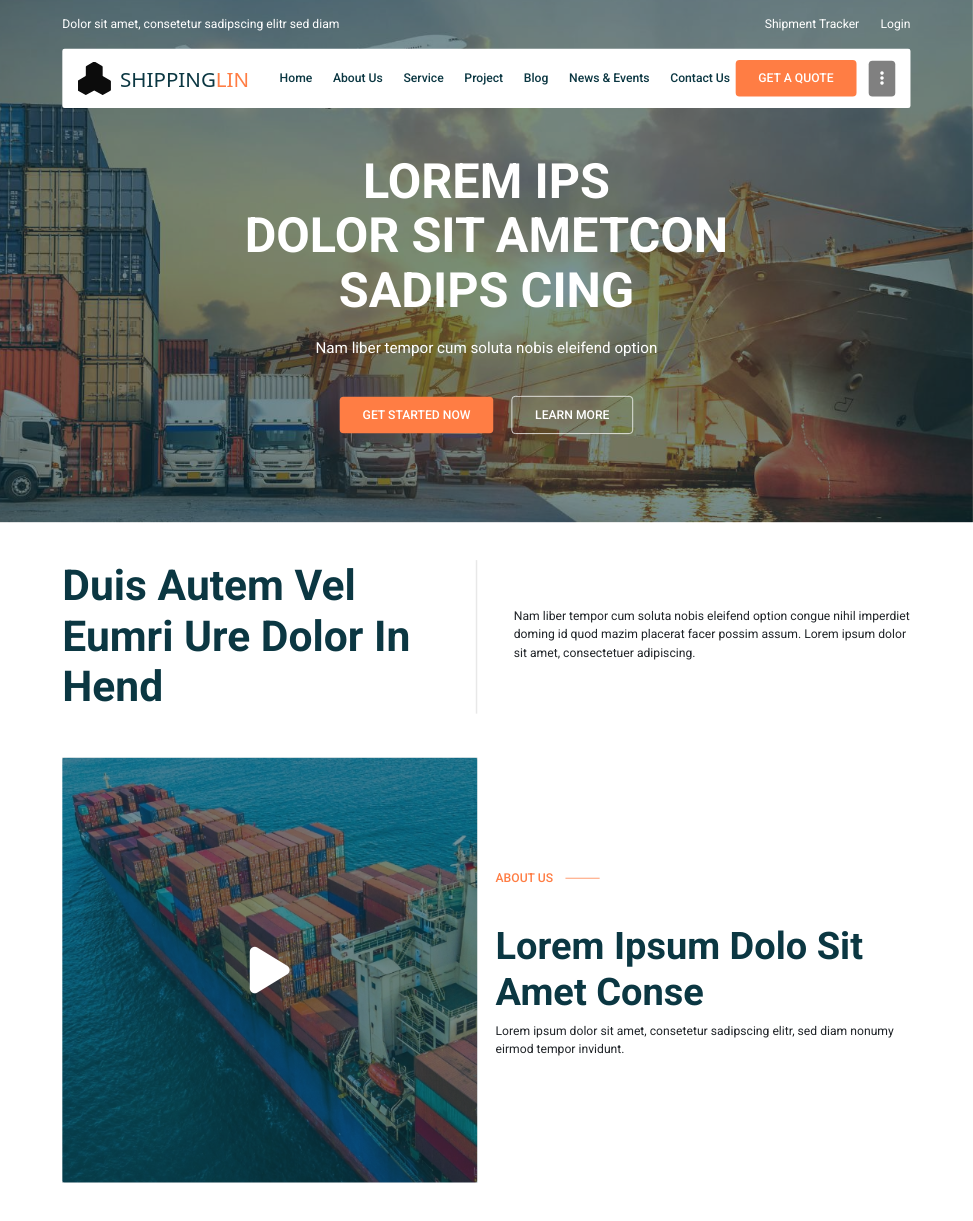
Repository: nazmulalok/shipping-template
Page: index.html
An editor plug-in stored every save of this project. The page is shown before and after the next save, followed by the edit.
The browser window is 1280 px wide. The pictures show the whole page, at 76% of full size.

Above is the page before, as saved 2022-10-03 23:15:48.

### index.html
<!DOCTYPE html>
<html lang="en">

    <head>
        <meta charset="UTF-8">
        <meta http-equiv="X-UA-Compatible" content="IE=edge">
        <meta name="viewport" content="width=device-width, initial-scale=1.0">
        <link rel="preconnect" href="https://fonts.googleapis.com">
        <link rel="preconnect" href="https://fonts.gstatic.com" crossorigin>
        <link
            href="https://fonts.googleapis.com/css2?family=Roboto:ital,wght@0,300;0,400;0,500;0,700;0,900;1,300;1,400;1,500;1,700;1,900&display=swap"
            rel="stylesheet">
        <link rel="stylesheet" href="https://cdnjs.cloudflare.com/ajax/libs/font-awesome/6.2.0/css/all.min.css"
            integrity="sha512-xh6O/CkQoPOWDdYTDqeRdPCVd1SpvCA9XXcUnZS2FmJNp1coAFzvtCN9BmamE+4aHK8yyUHUSCcJHgXloTyT2A=="
            crossorigin="anonymous" referrerpolicy="no-referrer" />
        <link href="https://cdn.jsdelivr.net/npm/bootstrap@5.2.1/dist/css/bootstrap.min.css" rel="stylesheet"
            integrity="sha384-iYQeCzEYFbKjA/T2uDLTpkwGzCiq6soy8tYaI1GyVh/UjpbCx/TYkiZhlZB6+fzT" crossorigin="anonymous">
        <link rel="stylesheet" href="style.css">
        <title>Document</title>
    </head>

    <body>
        <header class="header-top">
            <div class="container">
                <div class="top-bar">
                    <p class="m-0">Dolor sit amet, consetetur sadipscing elitr sed diam</p>
                    <div>
                        <span class="me-4">Shipment Tracker</span>
                        <span>Login</span>
                    </div>
                </div>
                <div class="header-area">
                    <div class="logo">
                        <img src="images/box.svg" alt="Logo Box" class="me-2">
                        <img src="images/shipping-logo.svg" alt="Shipping Logo">
                    </div>
                    <nav>
                        <ul>
                            <li><a href="#">Home</a></li>
                            <li><a href="#">About Us</a></li>
                            <li><a href="#">Service</a></li>
                            <li><a href="#">Project</a></li>
                            <li><a href="#">Blog</a></li>
                            <li><a href="#">News & Events</a></li>
                            <li><a href="#">Contact Us</a></li>
                        </ul>
                    </nav>
                    <div class="nav-btn">
                        <a class="common-btn me-3" href="#">Get A Quote</a>
                        <i class="fa-solid fa-ellipsis-vertical"></i>
                    </div>
                </div>
            </div>
        </header>
        <!-- Slider -->
        <section>
            <div class="main-slider">
                <div class="container">
                    <div class="slide-content">
                        <div class="slide-text">
                            <div class="slider-title mb-4">Lorem ips<br>
                                dolor sit ametcon<br>
                                sadips cing</div>
                            <p>Nam liber tempor cum soluta nobis eleifend option</p>
                            <div class="sliderBtn mt-5"><a class="common-btn me-4" href="#">Get Started Now</a><a
                                    class="common-btn outline-btn" href="#">Learn More</a></div>
                        </div>
                    </div>
                </div>
            </div>
        </section>
        <!-- Slider Ends -->
        <div class="common-sec">
            <div class="container">
                <div class="row align-items-center">
                    <div class="col-lg-6">
                        <h1 class="border-heading">Duis Autem Vel Eumri
                            Ure Dolor In Hend</h1>
                    </div>
                    <div class="col-lg-6">
                        <p class="ms-4">Nam liber tempor cum soluta nobis eleifend option congue nihil imperdiet doming
                            id quod mazim
                            placerat facer possim assum. Lorem ipsum dolor sit amet, consectetuer adipiscing.</p>
                    </div>
                </div>
                <div class="row align-items-center mt-5">
                    <div class="col-lg-6">
                        <div class="video-box img-box img-shadow">
                            <img src="images/ship-products.jpg" alt="Ship Products" />
                            <a data-fancybox="" href="" class="video-btn">
                                <i class="fa fa-play"></i>
                            </a>
                        </div>
                    </div>
                    <div class="col-lg-6">
                        <span class="sp-title">About Us</span>
                        <h2>Lorem Ipsum Dolo
                            Sit Amet Conse</h2>
                        <p>Lorem ipsum dolor sit amet, consetetur sadipscing elitr, sed diam nonumy eirmod tempor
                            invidunt.</p>
                    </div>
                </div>
            </div>
        </div>














        <script src="https://cdn.jsdelivr.net/npm/@popperjs/core@2.11.6/dist/umd/popper.min.js"
            integrity="sha384-oBqDVmMz9ATKxIep9tiCxS/Z9fNfEXiDAYTujMAeBAsjFuCZSmKbSSUnQlmh/jp3"
            crossorigin="anonymous"></script>
        <script src="https://cdn.jsdelivr.net/npm/bootstrap@5.2.1/dist/js/bootstrap.min.js"
            integrity="sha384-7VPbUDkoPSGFnVtYi0QogXtr74QeVeeIs99Qfg5YCF+TidwNdjvaKZX19NZ/e6oz"
            crossorigin="anonymous"></script>
    </body>

</html>

### style.css
/* Common CSS Starts*/
* {
    margin: 0;
    padding: 0;
}

:root {
    --main-color: #FF7D44;
    --secondary-color: #0B3742;
    --tertiary-color: #FFFFFF;
}

body {
    font-family: 'Roboto', sans-serif;
}

* {
    box-sizing: border-box;
}

a.white-space {
    white-space: nowrap;
}

/* Common CSS Ends */

/* slider style starts */

.main-slider>* {
    z-index: 10;
}

.main-slider {
    background: url(images/shipping-banner.jpg);
    height: 700px;
    width: 100%;
    background-size: cover;
    background-repeat: no-repeat;
    background-position: center;
    position: relative;
    display: flex;
    align-items: center;
    transition: all 1s;
    margin-top: -155px;
    z-index: 50;
}

.main-slider:before {
    content: '';
    width: 100%;
    height: 100%;
    top: 0;
    left: 0;
    position: absolute;
    background-color: rgb(11 55 66 / 55%);
    z-index: 1;
}

.slide-content {
    text-align: center;
}

.slide-text {
    color: var(--tertiary-color);
    padding-top: 100px;
}

.slider-title {
    font-size: 4rem;
    font-weight: 600;
    line-height: 4.5rem;
    text-transform: uppercase;
}

.slide-text p {
    font-size: 20px;
}

a.common-btn {
    display: inline-block;
    text-decoration: none;
    color: var(--tertiary-color);
    background: var(--main-color);
    padding: 12px 30px;
    border-radius: 5px;
    font-size: 16px;
    font-weight: 500;
    text-transform: uppercase;
    transition: all 1s ease;
}

a.common-btn:hover {
    background: var(--tertiary-color);
    color: var(--secondary-color);
}

a.common-btn.outline-btn {
    background: transparent !important;
    border: 1px solid var(--tertiary-color);
}

a.common-btn.outline-btn:hover {
    background: var(--tertiary-color) !important;
}

/* Header style starts */

.header-top {
    z-index: 100;
    background: transparent;
    position: relative;
}

.top-bar,
.header-area {
    display: flex;
    justify-content: space-between;
    align-items: center;
    color: var(--tertiary-color);
}

.top-bar {
    padding: 20px 0px;
}

.header-area {
    background: var(--tertiary-color);
    padding: 15px 20px;
    border-radius: 3px;
}

nav ul {
    list-style-type: none;
    color: var(--secondary-color);
    display: flex;
    gap: 1.7rem;
    margin: 0;
}

nav ul a {
    color: var(--secondary-color);
    text-decoration: none;
    font-size: 16px;
    font-weight: 500;
    transition: all 0.5s;
}

nav ul a:hover {
    color: var(--main-color);
    transition: all 0.5s;
}

.nav-btn {
    align-items: center;
    display: flex;
}

.nav-btn i {
    color: var(--tertiary-color);
    font-size: 21px;
    background: gray;
    padding: 13px 15px;
    border-radius: 5px;
}

/* Headings Styles */

h1 {
    font-size: 56px;
}

h2 {
    font-size: 50px;
}

h3 {
    font-size: 44px;
}

h4 {
    font-size: 38px;
}

h5 {
    font-size: 32px;
}

h6 {
    font-size: 26px;
}

h1,
h2,
h3,
h4,
h5,
h6 {
    font-weight: 700;
    margin-bottom: 10px;
    color: var(--secondary-color);
}

/* Section Styles */

.py-50,
.common-sec {
    padding-top: 50px;
    padding-bottom: 50px;
}

.common-sec {
    position: relative;
    z-index: 0;
}

.common-sec:nth-child(even):before {
    content: "";
    position: absolute;
    width: 1000%;
    height: 100%;
    top: 50%;
    left: 50%;
    transform: translate(-50%, -50%);
    background-color: #f9f9f9;
    border-bottom: 1px solid #f6f6f6;
    z-index: -1;
}

/* Image box style */

.img-box {
    border-radius: 3px;
    transition: 0.5s;
    margin-bottom: 15px;
    text-align: center;
    position: relative;
}

.img-box img {
    border-radius: 3px;
}

.img-box:last-child {
    margin-bottom: 0;
}

figure.img-box img+figcaption {
    margin-top: 10px;
    text-align: left;
    padding: 10px;
    border-radius: 3px;
    box-shadow: -5px 5px 20px 0 rgb(0 0 0 / 5%);
}

.img-box.img-shadow:before {
    content: '';
    width: 100%;
    height: 100%;
    position: absolute;
    top: 0;
    left: 0;
    background-color: rgb(11 55 66 / 55%);
}

/* Video Box */

.video-box {
    position: relative;
}

.video-box img {
    border-radius: 3px;
    width: 100%;
}

.video-btn {
    position: absolute;
    text-align: center;
    color: var(--tertiary-color);
    font-size: 30px;
    border: none;
    left: 50%;
    top: 50%;
    -webkit-transform: translate(-50%, -50%);
    transform: translate(-50%, -50%);
    display: flex;
    justify-content: center;
    align-items: center;
    text-decoration: none !important;
    box-shadow: none;
    transition: 0.5s;
}

.video-btn .fa-play {
    color: var(--tertiary-color);
    position: relative;
    z-index: 99;
    -webkit-transition: color 0.5s;
    transition: 0.5s;
    text-decoration: none;
    line-height: 80px;
    font-size: 70px;
}

.video-btn:hover {
    color: inherit;
}

.video-btn:hover .fa-play {
    color: var(--main-color);
}

.video-btn:before,
.video-btn:after {
    display: none;
}

/* Common Box Styles */

.common-box {
    box-shadow: -5px 5px 20px 0 rgb(0 0 0 / 5%);
    height: 100%;
    background-color: #fff;
    border-radius: 3px;
}

.common-box>.img-box {
    margin-bottom: 0;
}

.common-box .common-heading:last-child,
.common-box p:last-child,
.common-box ul:last-child,
.common-box ul:last-child li:last-child,
.common-box .img-box:last-child {
    margin-bottom: 0;
}

.common-box>.content {
    padding: 10px;
}

/* Other CSS Starts */

.border-heading {
    border-right: 2px solid #E8E8E8;
}

.sp-title {
    display: flex;
    text-transform: uppercase;
    color: var(--main-color);
    font-weight: 500;
    align-items: center;
    margin-bottom: 3rem;
}

.sp-title:after {
    content: '';
    width: 20px;
    height: 1px;
    background: var(--main-color);
    flex: 0.1;
    margin-left: 1rem;
}

After the next save:
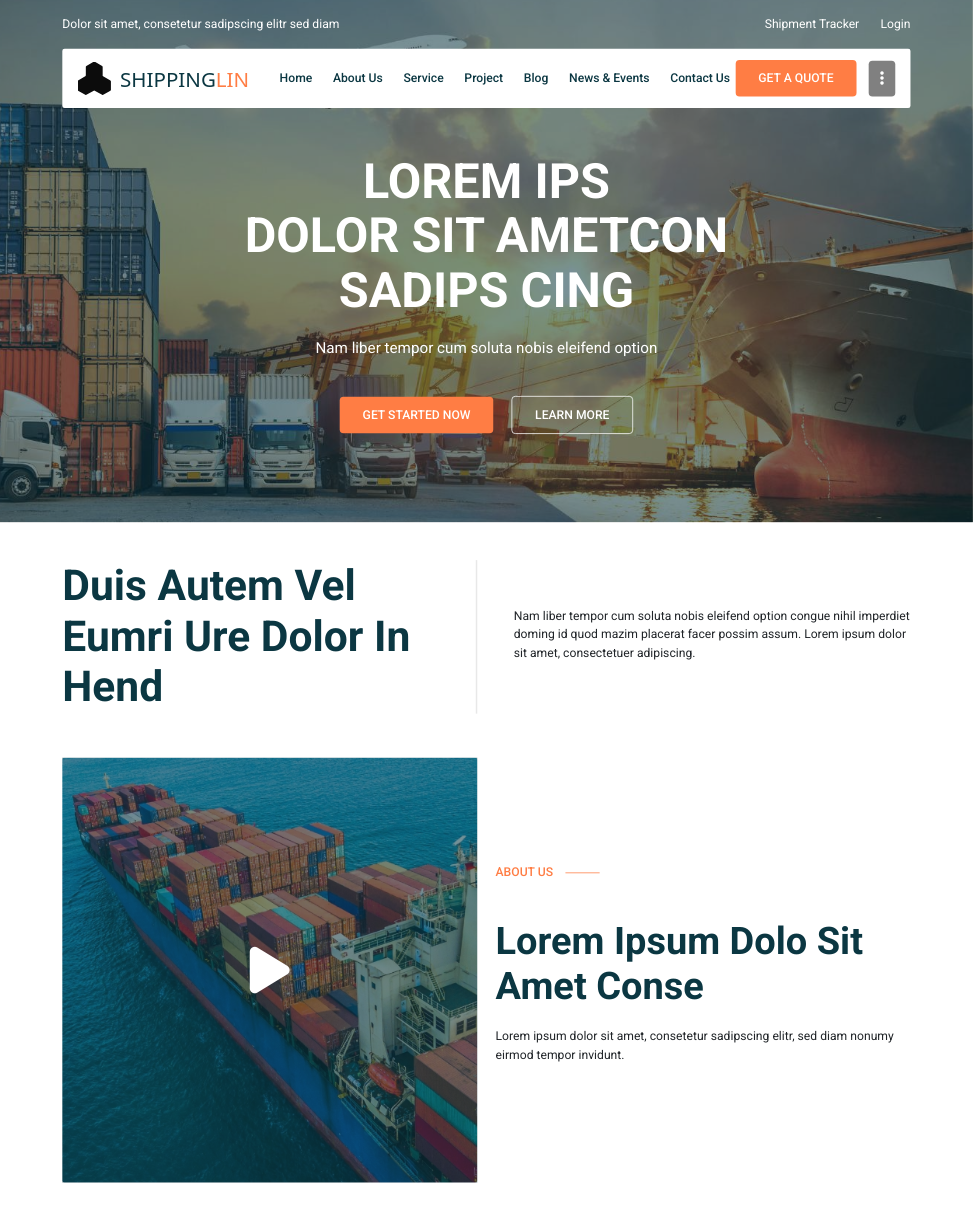
Saved 8 s later.
--- a/index.html
+++ b/index.html
@@ -94,7 +94,7 @@
                     </div>
                     <div class="col-lg-6">
                         <span class="sp-title">About Us</span>
-                        <h2>Lorem Ipsum Dolo
+                        <h2 class="mb-4">Lorem Ipsum Dolo
                             Sit Amet Conse</h2>
                         <p>Lorem ipsum dolor sit amet, consetetur sadipscing elitr, sed diam nonumy eirmod tempor
                             invidunt.</p>
